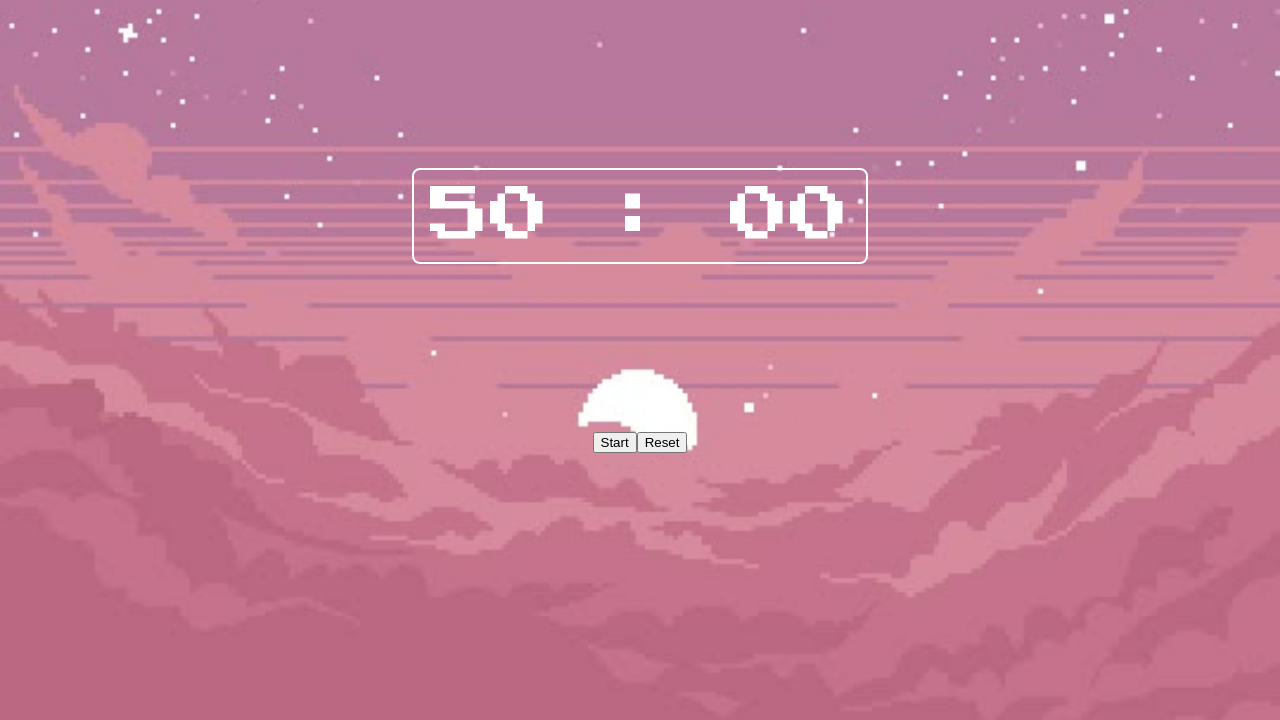
Repository: niharikapatil2306/Study-Timer
Page: index.html
These files come from the project's save history. The page is drawn as it stood at one moment and after the next save; the edit follows.
The browser window is 1280 px wide. The pictures show the whole page.

Above is the page before, as saved 2025-02-15 15:34:00.

After the next save:
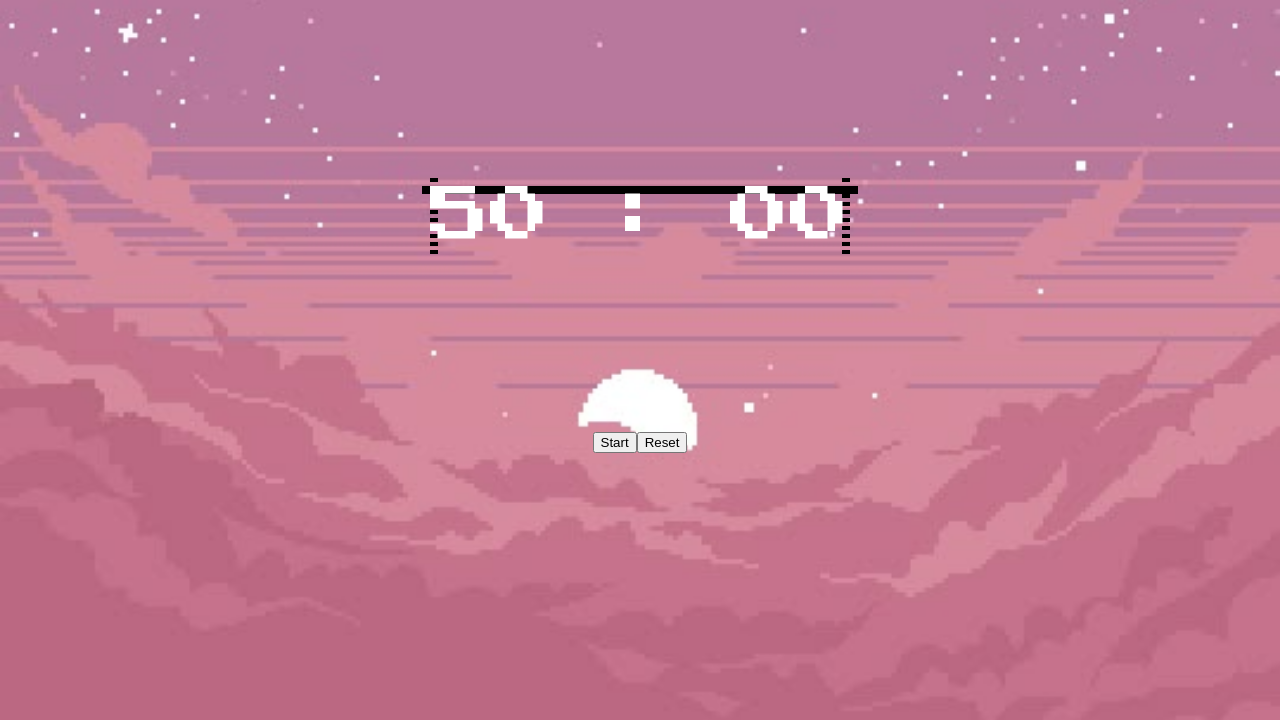
Saved 4 min 52 s later.
--- a/style.css
+++ b/style.css
@@ -10,9 +10,14 @@
 }
 
 .box{
-    border: 2px solid white;
-    border-radius: 8px;
-    padding: 16px;
+    border: 8px solid transparent; /* Keeps spacing */
+    background-image: linear-gradient(90deg, black 50%, transparent 50%),
+                      linear-gradient(90deg, black 50%, transparent 50%),
+                      linear-gradient(0deg, black 50%, transparent 50%),
+                      linear-gradient(0deg, black 50%, transparent 50%);
+    background-size: 8px 8px;
+    background-position: top left, top right, bottom left, bottom right;
+    background-repeat: repeat-x, repeat-x, repeat-y, repeat-y;
 }
 
 .timer{

After the save that followed:
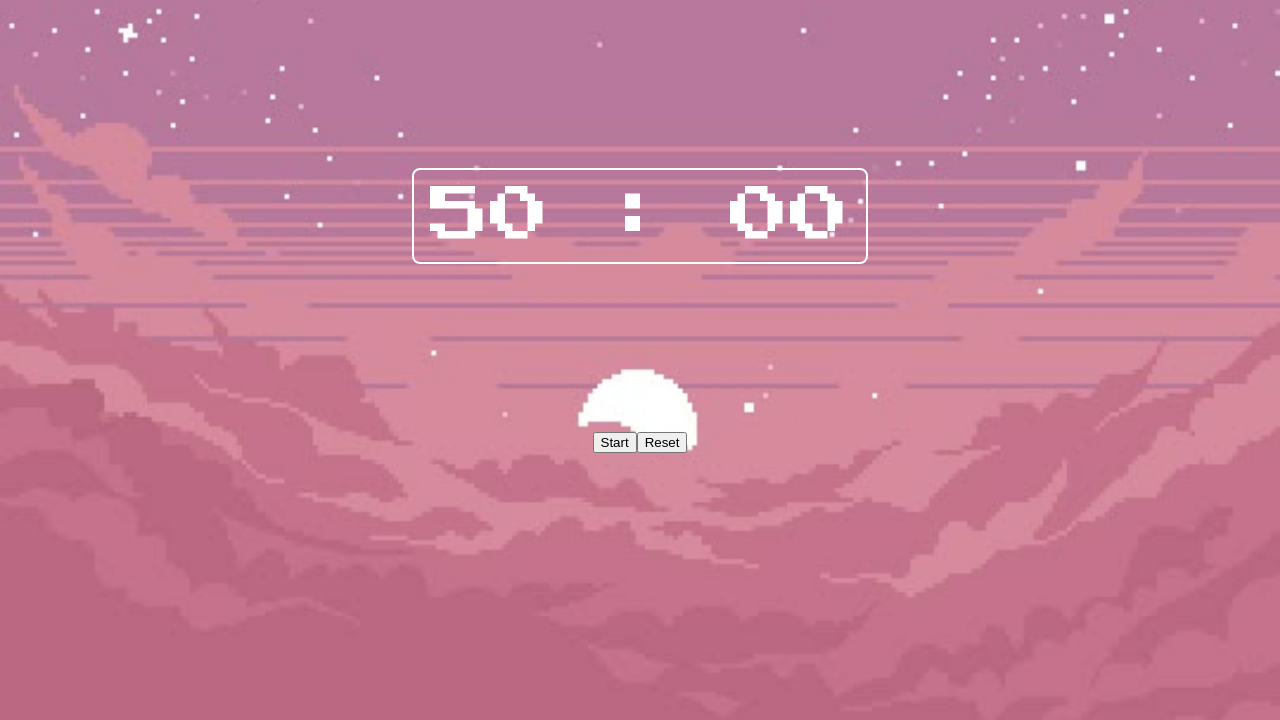
Saved 5 s later.
--- a/style.css
+++ b/style.css
@@ -10,14 +10,9 @@
 }
 
 .box{
-    border: 8px solid transparent; /* Keeps spacing */
-    background-image: linear-gradient(90deg, black 50%, transparent 50%),
-                      linear-gradient(90deg, black 50%, transparent 50%),
-                      linear-gradient(0deg, black 50%, transparent 50%),
-                      linear-gradient(0deg, black 50%, transparent 50%);
-    background-size: 8px 8px;
-    background-position: top left, top right, bottom left, bottom right;
-    background-repeat: repeat-x, repeat-x, repeat-y, repeat-y;
+    border: 2px solid white;
+    border-radius: 8px;
+    padding: 16px;
 }
 
 .timer{
